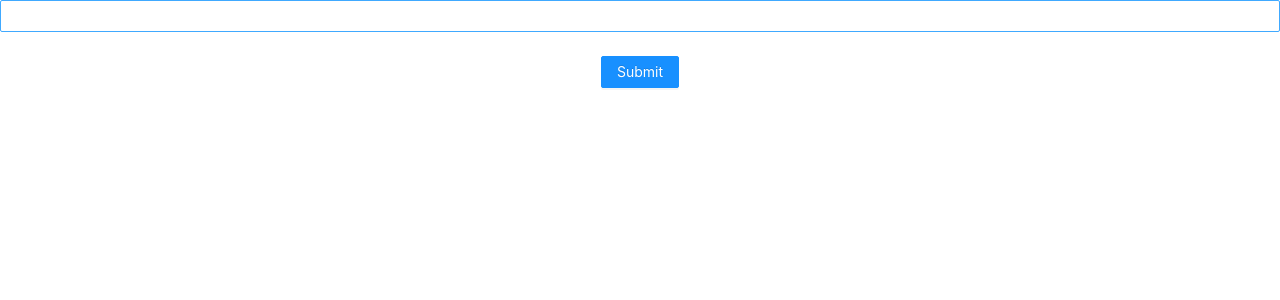
Repository: baodien1405/module-form
Page: /
These files come from the project's save history. The page is drawn as it stood at one moment and after a run of saves; the edit follows.
The browser window is 1280 px wide. The pictures show the whole page.
The project was rebuilt for these pictures with package versions that can differ from the ones it lists, and the page was loaded fresh each time.

Above is the page before, as saved 2021-09-09 09:56:49.

After the next 2 saves:
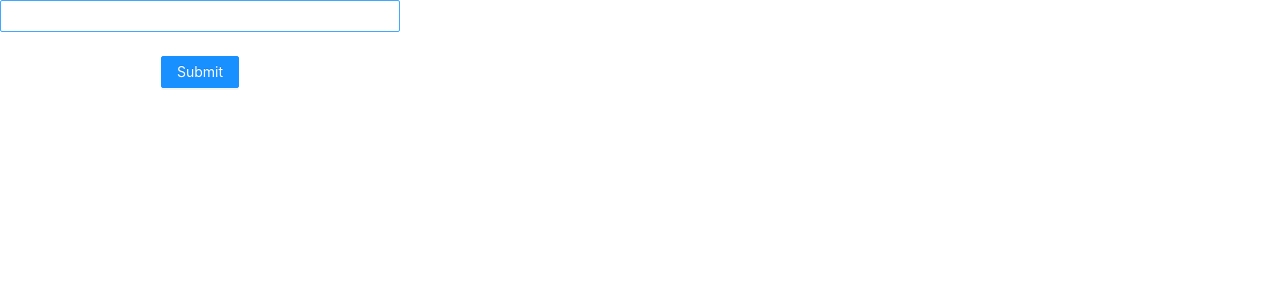
The 2 saves are shown as one change because 1 did not build or start.
The last was saved 12 s later.
--- a/src/App.tsx
+++ b/src/App.tsx
@@ -7,7 +7,9 @@ import OnboardingForm from "./features/onboarding/component/OnboardingForm";
 function App() {
   return (
     <div className="App">
-      <OnboardingForm />
+      <div className="container">
+        <OnboardingForm />
+      </div>
     </div>
   );
 }
